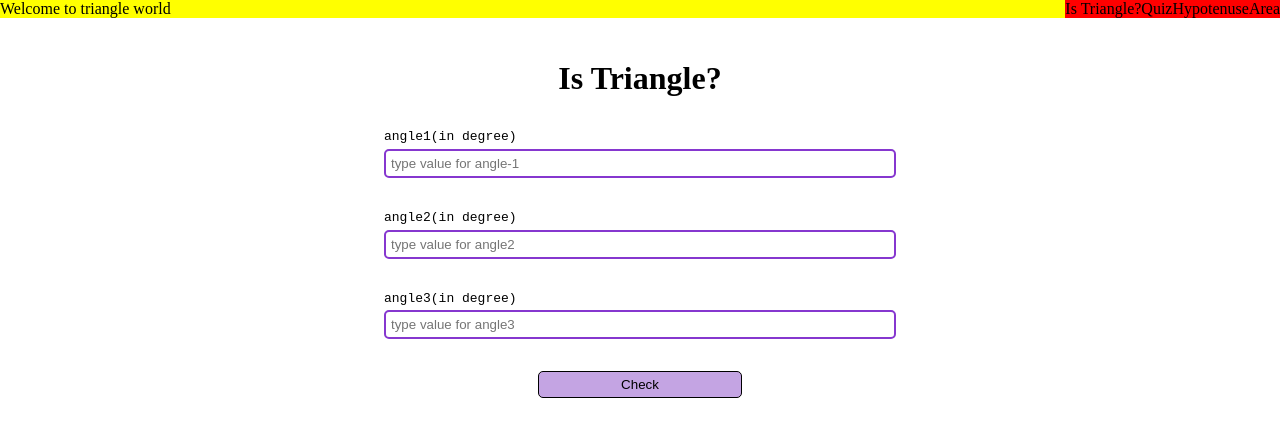
Repository: patelamancode/Fun-with-trianles
Page: index.html
An editor plug-in stored every save of this project. The page is shown before and after the next save, followed by the edit.
The browser window is 1280 px wide. The pictures show the whole page.

Above is the page before, as saved 2022-11-28 15:49:28.

### index.html
<!DOCTYPE html>
<html lang="en">
<head>
    <meta charset="UTF-8">
    <meta http-equiv="X-UA-Compatible" content="IE=edge">
    <meta name="viewport" content="width=device-width, initial-scale=1.0">
    <link rel="stylesheet" href="index.css">
    <title>Fun-With-Triangles</title>
</head>
<body>
    <nav id="navbar">
        <p>Welcome to triangle world</p>
        <div id="nav-links">
            <p id="Is-triangle">Is Triangle?</p>
            <p id="quiz">Quiz</p>
            <p id="hypo">Hypotenuse</p>
            <p id="area">Area</p>
        </div>
    </nav>
    <div id="main-container">
        <h1>Is Triangle?</h1>
        <label for="angle1">angle1(in degree)</label>
        <input type="text" id="angle1-input" placeholder="type value for angle-1">
        <label for="angle2">angle2(in degree)</label>
        <input type="text" id="angle2-input" placeholder="type value for angle2">
        <label for="angle3">angle3(in degree)</label>
        <input type="text" id="angle3-input" placeholder="type value for angle3">
        <button id="check-btn">Check</button>
    </div>
</body>
</html>

### index.css
* {
  margin: 0;
  padding: 0;
}

#navbar {
  background-color: yellow;
  display: flex;
  flex-direction: row;
  justify-content: space-between;
}
#nav-links{
    background-color: red;
    display: flex;
    flex-direction: row;
}

#main-container {
  display: flex;
  flex-direction: column;
  width: 40vw;
  margin: auto;
  margin-top: 2rem;
  padding: 10px;
  text-align: center;
}

.app-title {
  margin: 2rem 0 0 0;
}
label {
  margin-top: 2rem;
  margin-bottom: 0.3rem;
  text-align: left;
  font-family: monospace;
}
input {
  border: 2px solid rgb(134, 55, 207);
  border-radius: 5px;
  padding: 5px;
}
#check-btn {
  margin: auto;
  text-align: center;
  margin-top: 2rem;
  width: 40%;
  padding: 5px 0px;
  background-color: rgba(143, 82, 201, 0.521);
  border: 1px solid;
  border-radius: 5px;
}

After the next save:
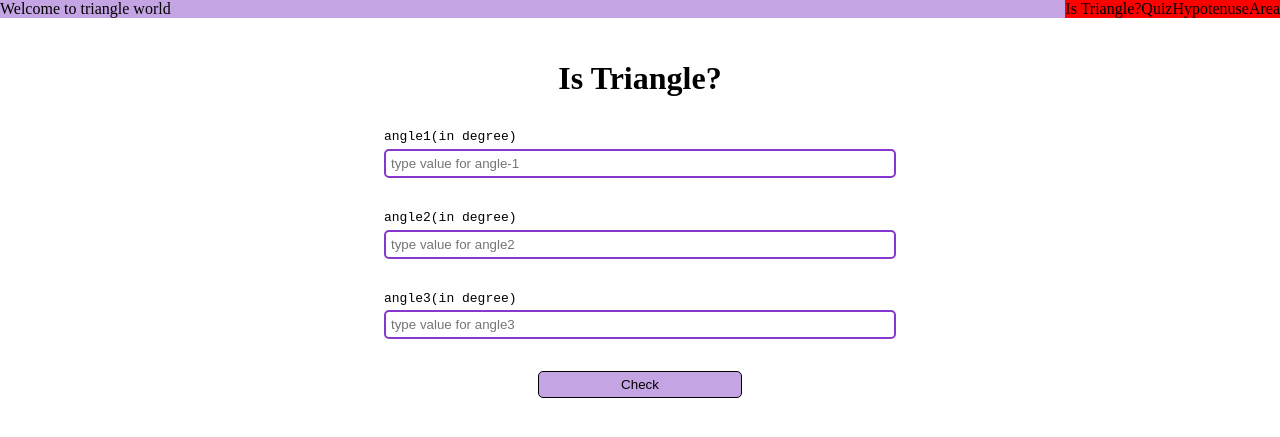
Saved 42 s later.
--- a/index.css
+++ b/index.css
@@ -4,7 +4,7 @@
 }
 
 #navbar {
-  background-color: yellow;
+  background-color: rgba(143, 82, 201, 0.521);
   display: flex;
   flex-direction: row;
   justify-content: space-between;
